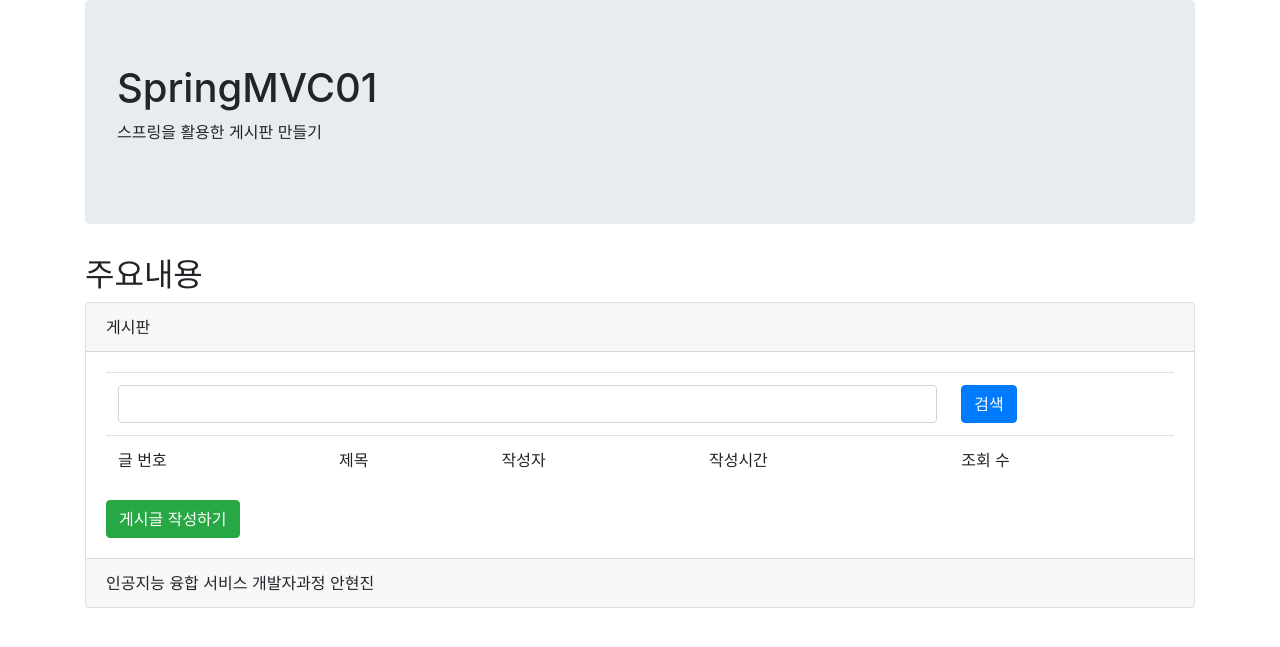
Repository: JangGunWook/Spring_webStudy
Page: http://localhost/SpringMVC01/WEB-INF/views/boardList.jsp
The author's editor kept a copy of each file at every save. The page is drawn from the files as they stood at one save, then again after the next save.
The browser window is 1280 px wide. The pictures show the whole page.
The page is served by Tomcat 9. Nobody is signed in. The template is opened directly, without the code that normally fills it, so the values that code supplies are empty.

Above is the page before, as saved 2023-10-20 02:39:09.

After the next save:
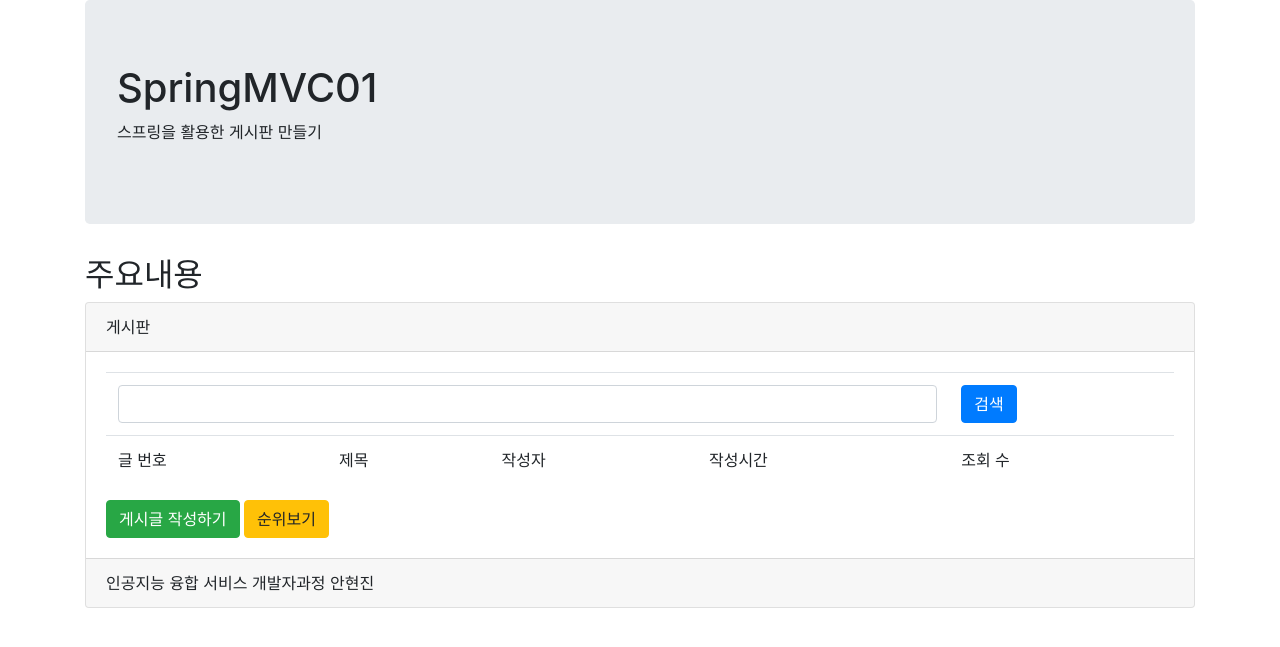
Saved 97 s later.
--- a/SpringMVC01/src/main/webapp/WEB-INF/views/boardList.jsp
+++ b/SpringMVC01/src/main/webapp/WEB-INF/views/boardList.jsp
@@ -61,6 +61,7 @@
 				</table>
 
 				<a href="goWrite" class="btn btn-success">게시글 작성하기</a>
+				<button id="chartBtn" class="btn btn-warning">순위보기</button>
 
 			</div>
 			<div class="card-footer">인공지능 융합 서비스 개발자과정 안현진</div>
